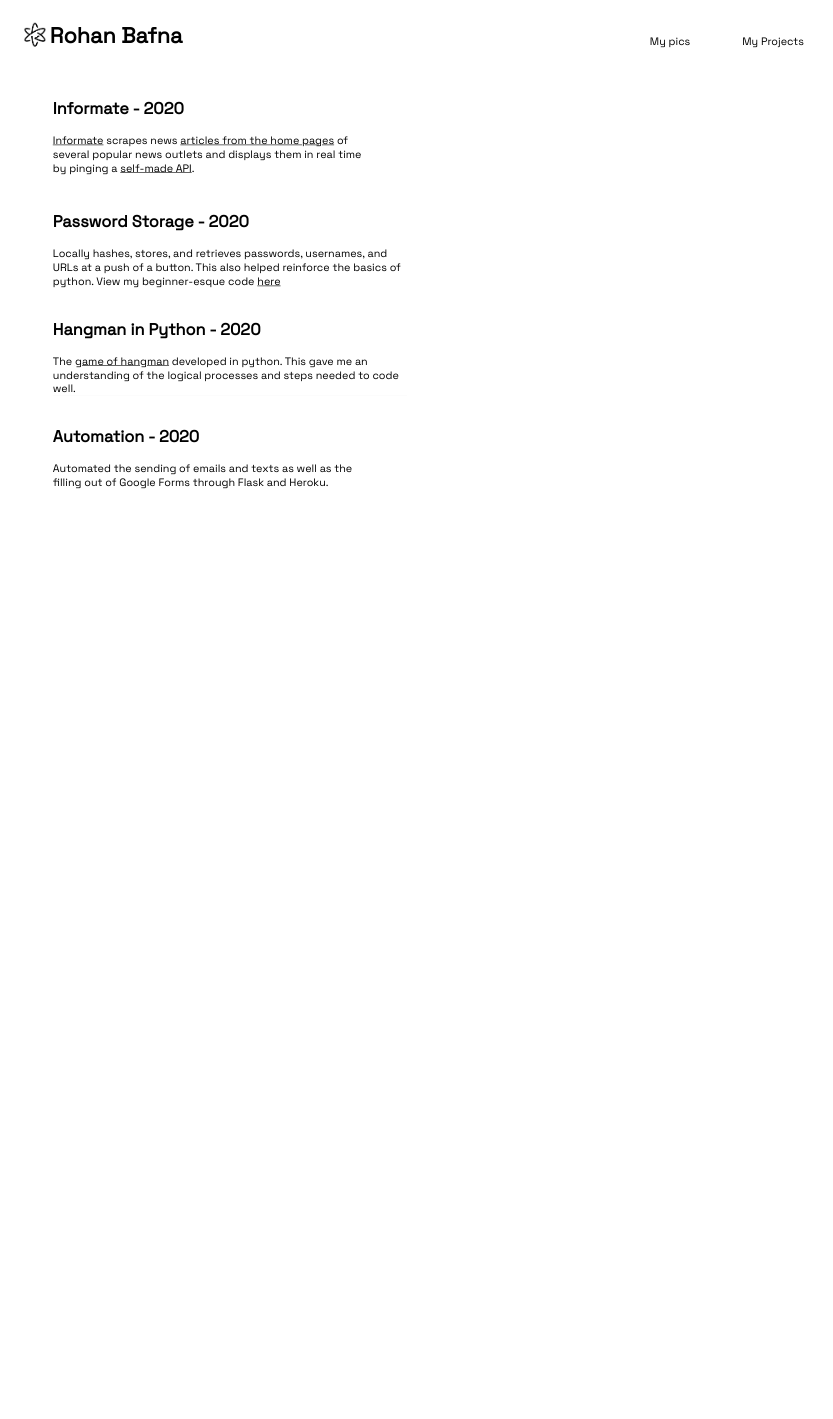
Repository: rbafna6507/rbafna6507.github.io
Page: projects.html
The author's editor kept a copy of each file at every save. The page is drawn from the files as they stood at one save, then again after the next save.
The browser window is 1280 px wide. The page is 1388 px wide, so the pictures cover 1388 px, including what lies to the right of the window. The pictures show the whole page, at 60% of full size.

Above is the page before, as saved 2020-12-19 22:57:32.

### projects.html
<!DOCTYPE HTML>
<html>
<head>
    <link rel="shortcut icon" type="image/png" href="circular actual atom logo.png"/>
    <title>my projects</title>
    <link href= "projects.css" type= "text/css" rel= "stylesheet">
    <link rel="preconnect" href="https://fonts.gstatic.com">
<link href="https://fonts.googleapis.com/css2?family=Space+Grotesk:wght@300;400&display=swap" rel="stylesheet">
</head>
<body>
<div id= "navbar">
    <header class= "header">
        <div id="hi">
          <img id= "logo" src= "actual atom logo.png"></a>
          <a href= "index.html"><h1>Rohan Bafna</h1></a>
        </div>
        <div class= "leftsidelist">
            <ul>
                <a href= "pics.html"><li class= "about">My pics</li></a>
                <a href= "projects.html"><li class= "projects">My Projects</li></a>
            </ul>
        </div>
    </header>
</div>
<div id = "informate" class = "project">
    <div class = "small">
    <h2>
        <strong>Informate - 2020</strong>
    </h2>
    <h4><a href = "https://newsaggregator-frontend.vercel.app"><u>Informate</u></a> scrapes news <a href = "https://github.com/rbafna6507/newsaggregator_scraper"><u>articles from the home pages</u></a> of <br>several popular news outlets and displays them in real time <br>by pinging a <a href = "https://github.com/rbafna6507/newsaggregator_backend"><u>self-made API</u>.</a></h4>
    </div>
    <div class = "bro">
        <img id = "informate_img" class = "imgs" src = "informate_pic.png">
    </div>
</div>
<div id = "password" class = "project">
    <div class = "small">
    <h2>Password Storage - 2020</h2>
    <h4>Locally hashes, stores, and retrieves passwords, usernames, and <br>URLs at a push of a button. This also helped reinforce the basics of<br>python. View my beginner-esque code <a href = "https://github.com/rbafna6507/passwordstorageproject"><u>here</u></a></h4>
</div>
    <div class = "bro">
    <img id = "password_img" class = "imgs" src = "password_pic.png">
</div>
</div>
<div id = "hangman" class = "project">
    <div class = "small">
    <h2>Hangman in Python - 2020</h2>
    <h4>The <a href = "https://github.com/rbafna6507/hangmanpython"><u>game of hangman</u></a> developed in python. This gave me an <br>understanding of the logical processes and steps needed to code <br>well.</h4>
</div>
    <div class = "bro">
    <img id = "hangman_img" class = "imgs" src = "hangman_pic.png">

</div>
</div>
<div id = "automation" class = "project">
    <div class = "small">
    <h2>Automation - 2020</h2>
    <h4>Automated the sending of emails and texts as well as the <br>filling out of Google Forms through Flask and Heroku.</h4>
</div>
</div>
</body>
</html>

### projects.css
* {box-sizing:border-box}

body{
  max-height:1000px;
  max-width:1440px
}

html{
  max-height: 10%;
}

div{
  display: inline;
}

li{
  display: inline;
  list-style-type: none;
  text-align: left;
  padding-left: 30px;
  font-size: 18px;
  font-weight: 36px;
  width: 150px;
  display: inline-block;
  position: relative;
  left: 970px;
  bottom: 60px;
}

ul{
  display: inline;
  margin: 10px 0px;
  padding: 0;
  text-align: center;
  position: relative;
}

.header {
  font-family: 'Space Grotesk', sans-serif;
  position: relative;
  left: 10px;
  bottom: 40px;
}

.leftsidelist {
  position: relative;
  top: 10px;
  left: 45px;
}

#logo {
    display: inline-block;
    width: 40px;
    height: 40px;
    position: relative;
    top: 70px;
    bottom: 400px;
  }

  h1 {

    padding-left: 50px;
    font-size: 36px;
    position: relative;
    right: 5px;
}
  .home {
    padding-bottom: 30px;
  }

  .about {
    padding-bottom: 30px;
  }

  #navbar {
    position: relative;
    left: 20px;
  }

  a:link {
    text-decoration: none;
    color: black;
  }

  a:visited {
    text-decoration: none;
    color: black;
  }

  a:hover {
    color: #ce321e
  }

  a:active {
    color: #ce321e
  }

  .project{
      font-family: 'Space Grotesk', sans-serif;
      position: relative;
      font-weight: normal;
      left: 80px;
      padding-top: 5px;
      font-size: 18px;
      display: inline;
  }

  #informate{
    position: relative;
    bottom: 60px;
    width: 100px;
  }

  #password{
    position: relative;
    bottom: 550px;
  }

  #hangman{
    position: relative;
    bottom: 1050px;
  }

  body:not(.mobile) #informate:hover #informate_img {
    visibility: visible;
}

  #informate_img{
    position: relative;
    bottom: 60px;
    left: 650px;
    display:inline;
    visibility: hidden;
  }
  .imgs{
    height: 500px;
    width: 650px;
    display: inline-block;
  }
  h4{
    font-weight: normal;
  }

  #password_img{
    position: relative;
    bottom: 260px;
    left: 650px;
    display:inline;
    visibility: hidden;
  }

  body:not(.mobile) #hangman:hover #hangman_img {
    visibility: visible;
}

  #hangman_img{
    position: relative;
    bottom: 440px;
    left: 650px;
    display:inline;
    visibility: hidden;
  }

  body:not(.mobile) #password:hover #password_img {
    visibility: visible;
}
  #automation{
    position: relative;
    bottom: 1550px;
  }

  .small{
    display: block;
    width: 590px;
  }

  .small{
    background-size: 200% 200%;
    background-image:linear-gradient(to top, #f7f7f7 50%, transparent 50%);
    -webkit-transition: background-position 300ms, color 300ms ease, border-color 300ms ease;
    -moz-transition: background-position 300ms, color 300ms ease, border-color 300ms ease;
    -ms-transition: background-position 300ms, color 300ms ease, border-color 300ms ease;
    -o-transition: background-position 300ms, color 300ms ease, border-color 300ms ease;
    transition: background-position 300ms, color 300ms ease, border-color 300ms ease;
}

  .small:hover {color: black;
background-image:
linear-gradient(to top, #f7f7f7 51%, transparent 50%);
background-position: 0 100%;
-webkit-transition: background-position 300ms, color 300ms ease, border-color 300ms ease;
-moz-transition: background-position 300ms, color 300ms ease, border-color 300ms ease;
-ms-transition: background-position 300ms, color 300ms ease, border-color 300ms ease;
-o-transition: background-position 300ms, color 300ms ease, border-color 300ms ease;
transition: background-position 300ms, color 300ms ease, border-color 300ms ease;
}

After the next save:
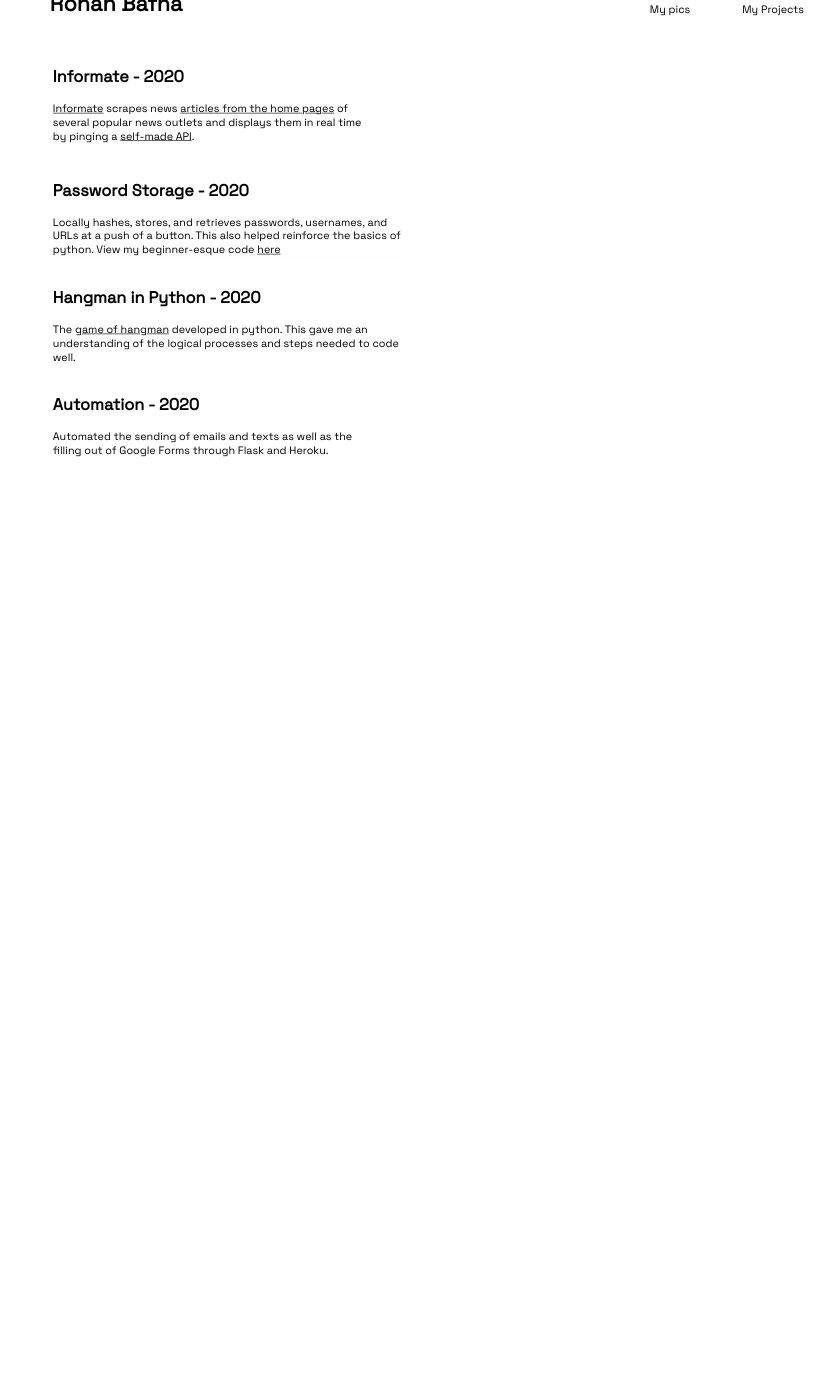
Saved 11 h 39 min later.
--- a/projects.html
+++ b/projects.html
@@ -11,7 +11,6 @@
 <div id= "navbar">
     <header class= "header">
         <div id="hi">
-          <img id= "logo" src= "actual atom logo.png"></a>
           <a href= "index.html"><h1>Rohan Bafna</h1></a>
         </div>
         <div class= "leftsidelist">

After the save that followed:
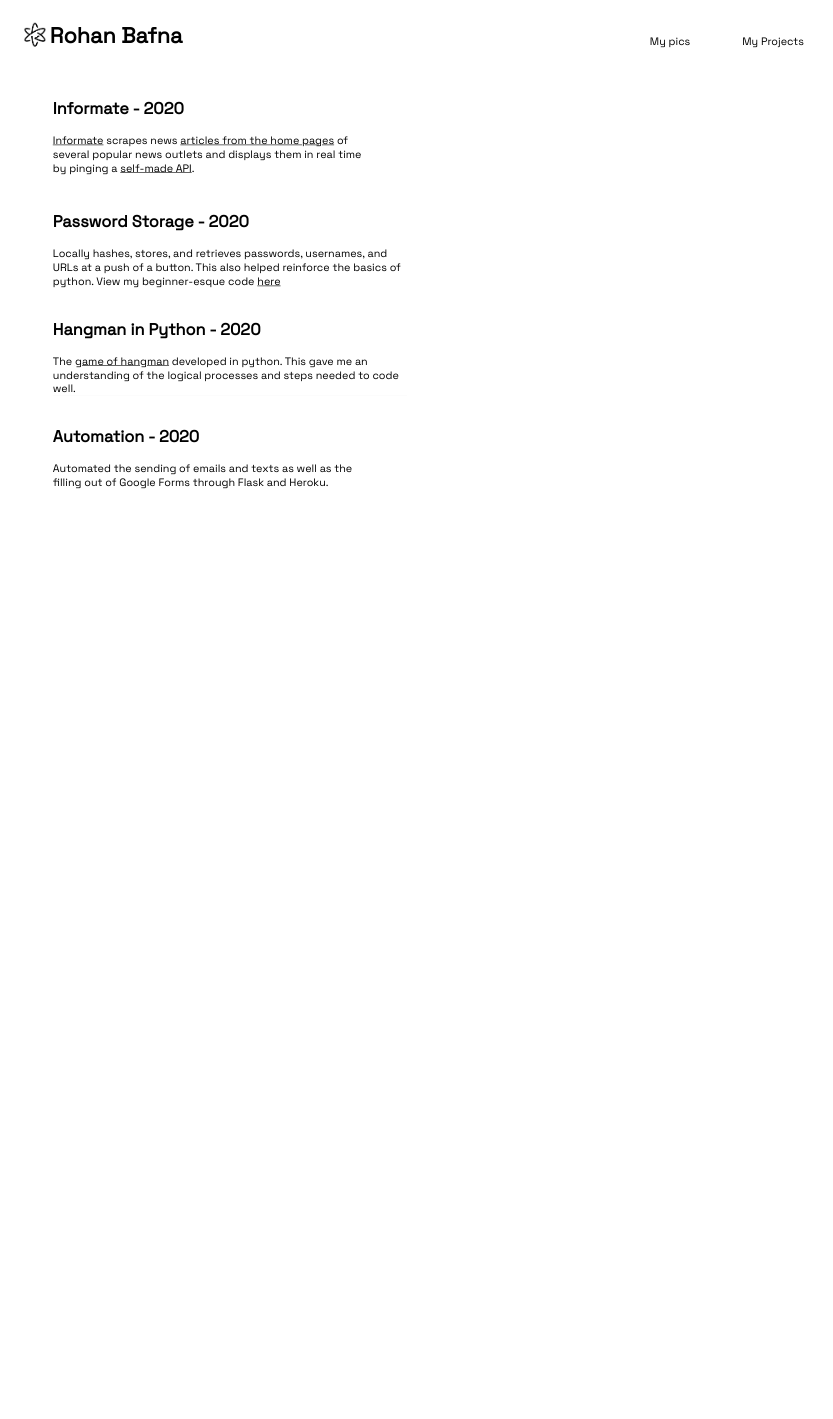
Saved 19 s later.
--- a/projects.html
+++ b/projects.html
@@ -11,6 +11,7 @@
 <div id= "navbar">
     <header class= "header">
         <div id="hi">
+          <img id= "logo" src= "actual atom logo.png"></a>
           <a href= "index.html"><h1>Rohan Bafna</h1></a>
         </div>
         <div class= "leftsidelist">
